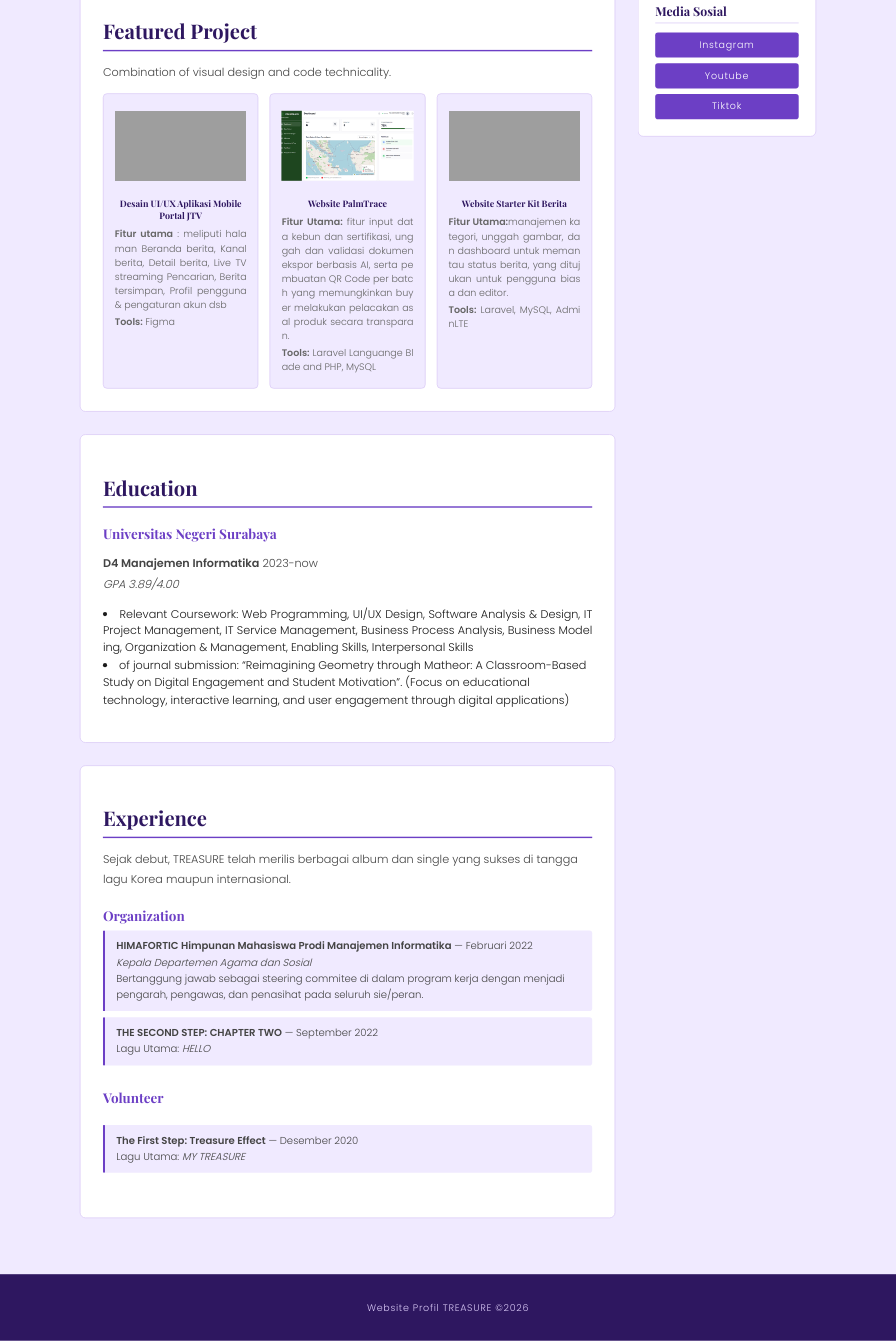
Repository: VergiMutiaRahmasyani/Website-Portofolio
Page: index.html
The author's editor kept a copy of each file at every save. The page is drawn from the files as they stood at one save, then again after a run of saves.
The browser window is 1280 px wide. The pictures show the part of the page from y = 865 to 2785 px (the page is 2781 px tall before and 2785 px after), at 70% of full size.
Pictures or frames that could not be fetched are drawn as grey boxes.

Above is the page before, as saved 2026-03-07 14:29:34.

### index.html
<!DOCTYPE html>
<html>
    <head>
        <meta charset="utf-8" />
        <meta name="viewport" content="width=device-width, initial-scale=1.0" />
        <title>Portofolio Vergi</title>

        <!-- My Own CSS -->
        <link rel="stylesheet" href="css/style.css" />

        <!-- Google Fonts -->
        <link rel="preconnect" href="https://fonts.googleapis.com">
        <link rel="preconnect" href="https://fonts.gstatic.com" crossorigin>
        <link href="https://fonts.googleapis.com/css2?family=Playfair+Display:wght@400;700&family=Poppins:wght@300;400;600&display=swap" rel="stylesheet">
    </head>

    <body>

        <!-- HEADER -->
        <header class="site-header">

            <!-- NAVBAR -->
            <div class="navbar">
                <nav class="nav-list">
                    <ul>
                        <li><a href="#About">About Me</a></li>
                        <li><a href="#Work">Work</a></li>
                        <li><a href="Project">Project</a></li>
                        <li><a href="#Education">Education</a></li>
                        <li><a href="Organization">Organization</a></li>
                        <li><a href="https://drive.google.com/file/d/13-ep7ykiG-k7d2KfzBZSPx55XoqW1qHe/view?usp=sharing" target="_blank"> Resume</a></li>
                    </ul>
                </nav>
            </div>

            <div class="hero">
                <div class="hero-overlay">
                    <h1>Welcome, <br> To My Portofolio!</h1>
                </div>
            </div>

        </header>

        <!-- MAIN -->
        <main>
            <div class="content-wrapper">
                <div id="content">
                    <article id="About">
                        <h2>About Me</h2>
                        <p>
                            Saya seorang mahasiswa semester 6 Program Studi Manajemen Informatika di Universitas Negeri Surabaya, yang memiliki rasa
                            ingin tahu dan semangat yang besar. Dengan memiliki peminatan pada UI/UX Design dan Web Development,
                            saya telah berpengalaman dalam menciptakan solusi digital yang user-friendly dan berdampak. Melalui
                            kombinasi hard skills dan soft skills yang saya miliki, saya siap untuk beradaptasi dan memberikan kontribusi
                            nyata pada setiap proyek yang dijalankan.
                        </p>
                    </article>

                    <article id="Project">
                        <h2>Featured Project</h2>
                        <p>
                            Combination of visual design and code technicality.
                        </p>

                        <div class="project-list">
                            <div class="project-card">
                                <img src="D:\STUPEN\celerates\SUBMISSION\Web Portofolio\img\portaljtv.png" alt="Portal JTV" class="project-img" />
                                <h3>Desain UI/UX Aplikasi Mobile Portal JTV</h3>
                                <p><strong>Fitur utama</strong> : meliputi halaman Beranda berita, Kanal berita, Detail berita, Live TV streaming
                                    Pencarian, Berita tersimpan, Profil pengguna & pengaturan akun dsb</p>
                                <p><strong>Tools:</strong> Figma</p>
                            </div>
                            <div class="project-card">
                                <img src="img/palmtrace website.png" alt="Palm Trace Website" class="project-img"/>
                                <h3>Website PalmTrace</h3>
                                <p><strong>Fitur Utama:</strong>  fitur input data kebun dan sertifikasi, unggah dan validasi dokumen ekspor berbasis
                                    AI, serta pembuatan QR Code per batch yang memungkinkan buyer melakukan pelacakan asal
                                    produk secara transparan.</p>
                                <p><strong>Tools:</strong>  Laravel Languange Blade and PHP, MySQL</p>
                            </div>
                            <div class="project-card">
                                <img src="D:\STUPEN\celerates\SUBMISSION\Web Portofolio\img\starter kit berita.png" alt="Website Berita" class="project-img"/>
                                <h3>Website Starter Kit Berita </h3>
                                <p><strong>Fitur Utama:</strong>manajemen kategori, unggah gambar, dan dashboard untuk memantau status berita, yang
                                    ditujukan untuk pengguna biasa dan editor.</p>
                                <p><strong>Tools:</strong> Laravel, MySQL, AdminLTE</p>
                            </div>
                        </div>
                    </article>

                    <article id="Education">
                        <h2>Education</h2>
                        <h3>Universitas Negeri Surabaya</h3>
                        <p>
                            <strong>D4 Manajemen Informatika</strong>  2023-now
                            <br><em>GPA 3.89/4.00</em>
                            <br>
                        </p>
                        <p>
                            <li class="education-p"> Relevant Coursework: Web Programming, UI/UX Design, Software Analysis & Design, IT Project Management, IT Service Management, Business Process
                                Analysis, Business Modeling, Organization & Management, Enabling Skills, Interpersonal Skills</li>
                            <li> of journal submission: “Reimagining Geometry through Matheor: A Classroom-Based Study on Digital
                                Engagement and Student Motivation”. (Focus on educational technology, interactive learning, and user
                                engagement through digital applications)</li>
                        </p>
                    </article>

                    <article id="pengalaman">
                        <h2>Experience</h2>
                        <p>
                            Sejak debut, TREASURE telah merilis berbagai album dan single yang sukses di tangga lagu Korea maupun internasional.
                        </p>

                        <h3> Organization </h3>
                        <ul class="pengalaman-list">
                            <li>
                                <strong>HIMAFORTIC Himpunan Mahasiswa Prodi Manajemen Informatika</strong> — Februari 2022
                                <br><em>Kepala Departemen Agama dan Sosial</em>
                                <br>Bertanggung jawab sebagai steering commitee di dalam program kerja dengan menjadi pengarah,
                                pengawas, dan penasihat  pada seluruh sie/peran.
                            </li>
                            <li>
                                <strong>THE SECOND STEP: CHAPTER TWO</strong> — September 2022
                                <br>Lagu Utama: <em>HELLO</em>
                            </li>


                        <h3>Volunteer</h3>
                        <ul class="pengalaman-list">
                            <li>
                                <strong>The First Step: Treasure Effect</strong> — Desember 2020
                                <br>Lagu Utama: <em>MY TREASURE</em>
                            </li>
                    </article>

                </div>

                <!-- ASIDE -->
                <aside>
                    <div class="aside-inner">
                        <h3>Info Singkat</h3>
                        <img src="img/vergi photo.jpeg" alt="Foto Vergi" class="aside-img" />
                        <ul class="aside-info">
                            <li><strong>Debut:</strong> 7 Maret 2026</li>
                            <li><strong>Agensi:</strong> MI Entertainment</li>
                            <li><strong>Member:</strong> 6 orang</li>
                            <li><strong>Fandom:</strong> Vergilicious</li>
                        </ul>

                        <h3>Media Sosial</h3>
                        <ul class="aside-social">
                            <li><a href="https://www.instagram.com/yg_treasure_official/" target="_blank">Instagram</a></li>
                            <li><a href="https://www.youtube.com/@TREASURE" target="_blank">Youtube</a></li>
                            <li><a href="https://tiktok.com/@yg_treasure_tiktok" target="_blank">Tiktok</a></li>
                        </ul>
                    </div>
                </aside>
            </div>

        </main>

        <!-- FOOTER -->
        <footer>
            <p>Website Profil TREASURE &copy;2026 </p>
        </footer>

    </body>
</html>

### css/style.css
*,
*::before,
*::after {
    box-sizing: border-box;
}

/* =====================
   PALET WARNA UNGU
   --ungu-gelap   : #2e1760  (navbar, footer)
   --ungu-utama   : #6c3fc5  (aksen utama)
   --ungu-sedang  : #9b6ee0  (hover, border)
   --ungu-muda    : #d8c8f5  (border ringan)
   --ungu-pucat   : #f0eaff  (background halaman)
   ===================== */

body {
    font-family: 'Poppins', sans-serif;
    font-weight: 300;
    background-color: #f0eaff;
    color: #1a1a1a;
    margin: 0;
}


header.site-header {
    background-color: #2e1760;
    color: white;
}

/* NAVBAR */
header.site-header .navbar {
    padding: 1rem 2rem;
    position: fixed;
    top: 0;
    left: 0;
    right: 0;
    width: 100%;
    z-index: 999;
    background-color: #2e1760;
}

header.site-header .nav-list ul {
    list-style: none;
    padding: 0;
    margin: 0;

    display: flex;
    justify-content: center;
    gap: 2rem;
}

header.site-header .nav-list li a {
    text-decoration: none;
    color: #d8c8f5;
    font-size: 0.9rem;
    font-weight: 400;
    letter-spacing: 1px;
    transition: color 0.2s ease;
}

header.site-header .nav-list li a:hover {
    color: white;
}

/* HERO */
header.site-header .hero {
    position: relative;
    width: 100%;
    height: 370px;
    overflow: hidden;
    margin-top: 57px;
}

header.site-header .hero .hero-overlay {
    position: absolute;
    inset: 0;
    display: flex;
    align-items: center;
    justify-content: center;
}

header.site-header .hero .hero-overlay h1 {
    font-family: 'Playfair Display', serif;
    font-size: 5rem;
    letter-spacing: 10px;
    color: white;
    margin: 0;
    text-align: center;
}


/* =====================
   MAIN & LAYOUT
   ===================== */

main {
    max-width: 1100px;
    margin-inline: auto;
    padding: 2rem 1.5rem;
}

.content-wrapper {
    display: flex;
    gap: 2rem;
    align-items: flex-start;
}

#content {
    flex: 3;

    display: flex;
    flex-direction: column;
    gap: 2rem;
}


/* =====================
   ARTICLE
   ===================== */

article {
    background-color: white;
    border: 1px solid #d8c8f5;
    border-radius: 8px;
    padding: 2rem;
}

article h2 {
    font-family: 'Playfair Display', serif;
    font-size: 1.8rem;
    margin-bottom: 1rem;
    padding-bottom: 0.5rem;
    border-bottom: 2px solid #6c3fc5;
    color: #2e1760;
}

article h3 {
    font-family: 'Playfair Display', serif;
    font-size: 1.2rem;
    margin-top: 1.5rem;
    margin-bottom: 0.5rem;
    color: #6c3fc5;
}

article p {
    line-height: 1.8;
    margin-bottom: 1rem;
    color: #444;
}



/* =====================
   PROJECT CARDS
   ===================== */

.project-list {
    display: flex;
    flex-wrap: wrap;
    gap: 1rem;
    margin-top: 0.5rem;
}

.project-card {
    flex: 1 1 160px;
    background-color: #f0eaff;
    border: 1px solid #d8c8f5;
    border-radius: 6px;
    padding: 1rem;
}

.project-img {
    width: 100%;
    max-width: 250px;
    height: 100px;
    object-fit:cover;
    object-position: top;
    display: block;
    margin: 0.5rem auto 1rem auto;
    border-radius: 0px;
}

.project-card h3 {
    font-size: 0.8rem;
    margin-top: 0.5;
    margin-bottom: 0.5rem;
    text-align: center;
    color: #2e1760;
}

.project-card p {
    font-size: 0.85rem;
    color: #666;
    margin: 0.2rem 0;
    line-height: 1.5;
    text-align: justify;
    text-justify: inter-word;
    word-break: break-all;
}

.education-p {
    margin: 0.rem 0.2;
    line-height: 1.5;
    text-align: justify;
    text-justify: inter-word;
    word-break: break-all;
}

/* =====================
   ALBUM LIST
   ===================== */

.pengalaman-list {
    list-style: none;
    padding: 0;
    margin: 0.5rem 0 1rem 0;

    display: flex;
    flex-direction: column;
    gap: 0.6rem;
}

.pengalaman-list li {
    padding: 0.7rem 1rem;
    background-color: #f0eaff;
    border-left: 3px solid #6c3fc5;
    border-radius: 0 4px 4px 0;
    font-size: 0.9rem;
    color: #444;
    line-height: 1.6;
}


/* =====================
   ASIDE
   ===================== */

aside {
    flex: 1;
    position: sticky;
    top: 80px;
}

aside .aside-inner {
    background-color: white;
    border: 1px solid #d8c8f5;
    border-radius: 8px;
    padding: 1.5rem;
}

aside h3 {
    font-family: 'Playfair Display', serif;
    font-size: 1.1rem;
    margin-top: 1.2rem;
    margin-bottom: 0.8rem;
    padding-bottom: 0.4rem;
    border-bottom: 1px solid #d8c8f5;
    color: #2e1760;
}

aside h3:first-child {
    margin-top: 0;
}

.aside-img {
    width: 100%;
    max-width: 250px;
    height: 200px;
    object-fit: cover;
    object-position: center;
    display: block;
    margin: 0.5rem auto 1rem auto;
    border-radius: 100px;
}

.aside-info {
    list-style: none;
    padding: 0;
    margin: 0;

    display: flex;
    flex-direction: column;
    gap: 0.4rem;
}

.aside-info li {
    font-size: 0.85rem;
    color: #444;
    line-height: 1.6;
}

.aside-social {
    list-style: none;
    padding: 0;
    margin: 0;

    display: flex;
    flex-direction: column;
    gap: 0.5rem;
}

.aside-social li a {
    display: block;
    text-align: center;
    padding: 0.5rem;
    background-color: #6c3fc5;
    color: white;
    text-decoration: none;
    border-radius: 4px;
    font-size: 0.85rem;
    letter-spacing: 1px;
    transition: background-color 0.2s ease;
}

.aside-social li a:hover {
    background-color: #9b6ee0;
}


/* =====================
   FOOTER
   ===================== */

footer {
    background-color: #2e1760;
    color: #d8c8f5;
    text-align: center;
    padding: 1.5rem;
    margin-top: 3rem;
    font-size: 0.85rem;
    letter-spacing: 1px;
}


/* =====================
   RESPONSIVE
   ===================== */

@media screen and (max-width: 768px) {
    header.site-header .nav-list ul {
        flex-wrap: wrap;
        justify-content: center;
        gap: 0.8rem;
    }

    .content-wrapper {
        flex-direction: column;
    }

    aside {
        position: static;
        width: 100%;
    }

    .project-card {
        flex: 1 1 130px;
    }
}

After the next 2 saves:
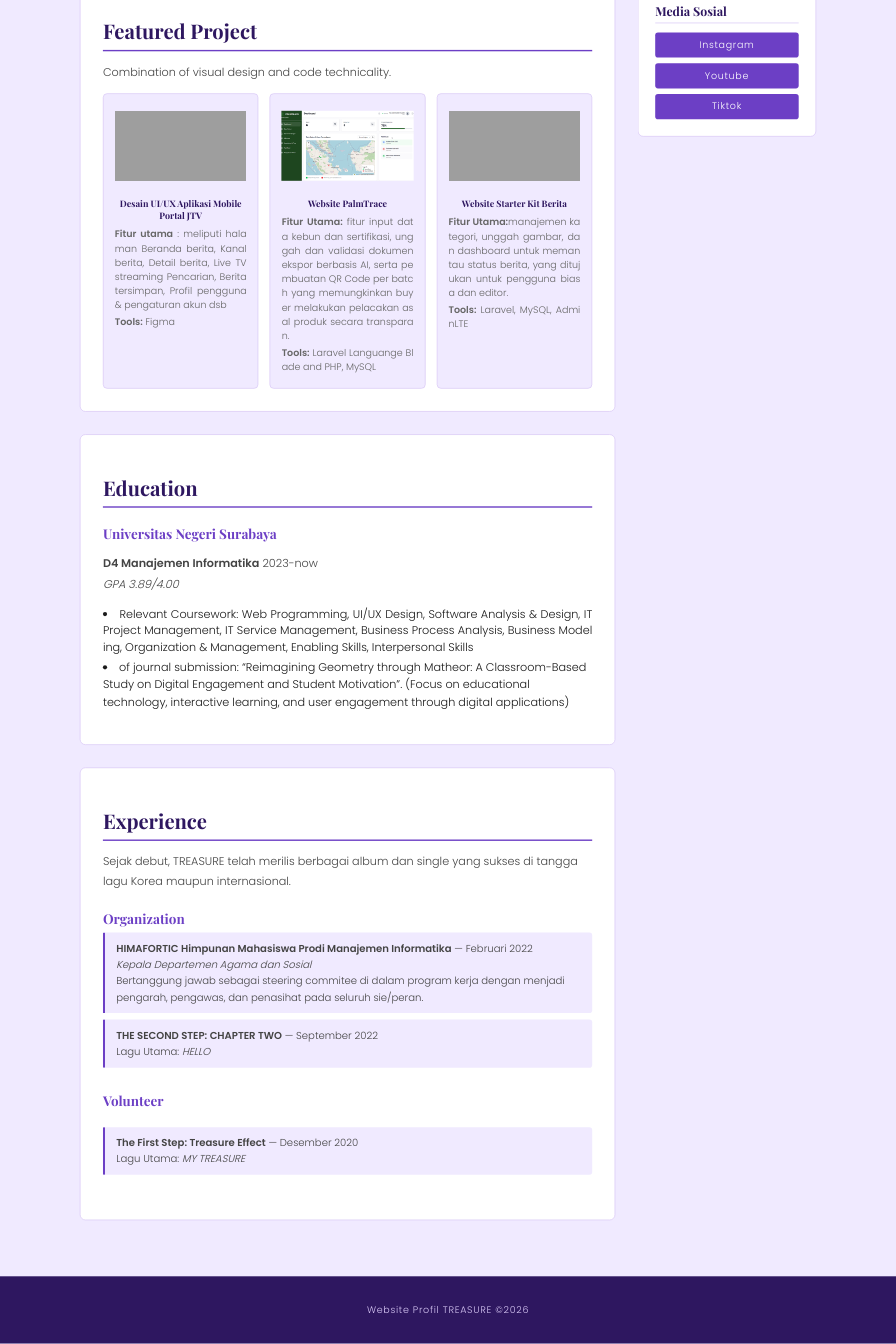
The 2 saves are shown as one change because they came seconds apart.
The last was saved 10 s later.
--- a/css/style.css
+++ b/css/style.css
@@ -199,7 +199,7 @@ article p {
 }
 
 .education-p {
-    margin: 0.rem 0.2;
+    margin: 0.2rem 0;
     line-height: 1.5;
     text-align: justify;
     text-justify: inter-word;
